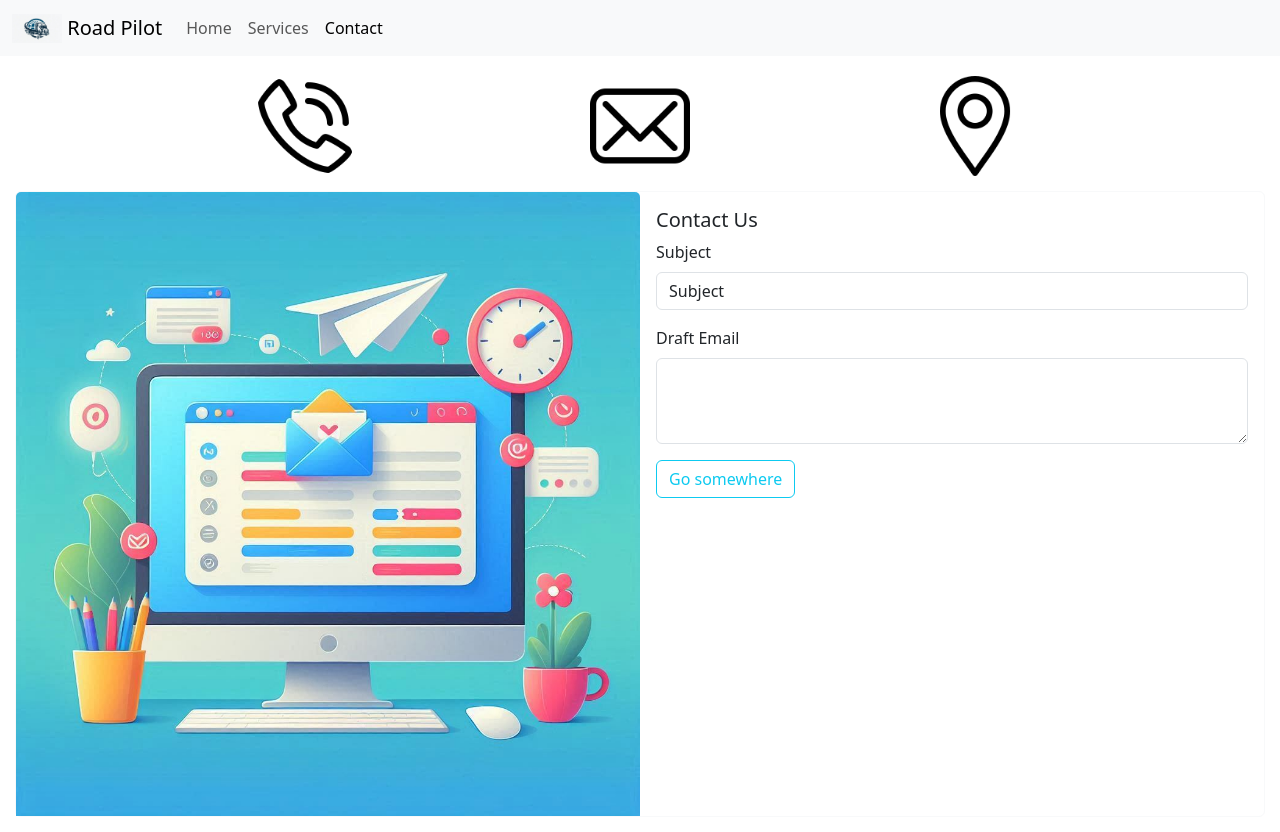
Repository: VictoriousMango/WebCreator
Page: pages/contact.html
An editor plug-in stored every save of this project. The page is shown before and after a run of saves, followed by the edit.
The browser window is 1280 px wide. The pictures show the whole page.

Above is the page before, as saved 2024-11-09 13:16:41.

After the next 4 saves:
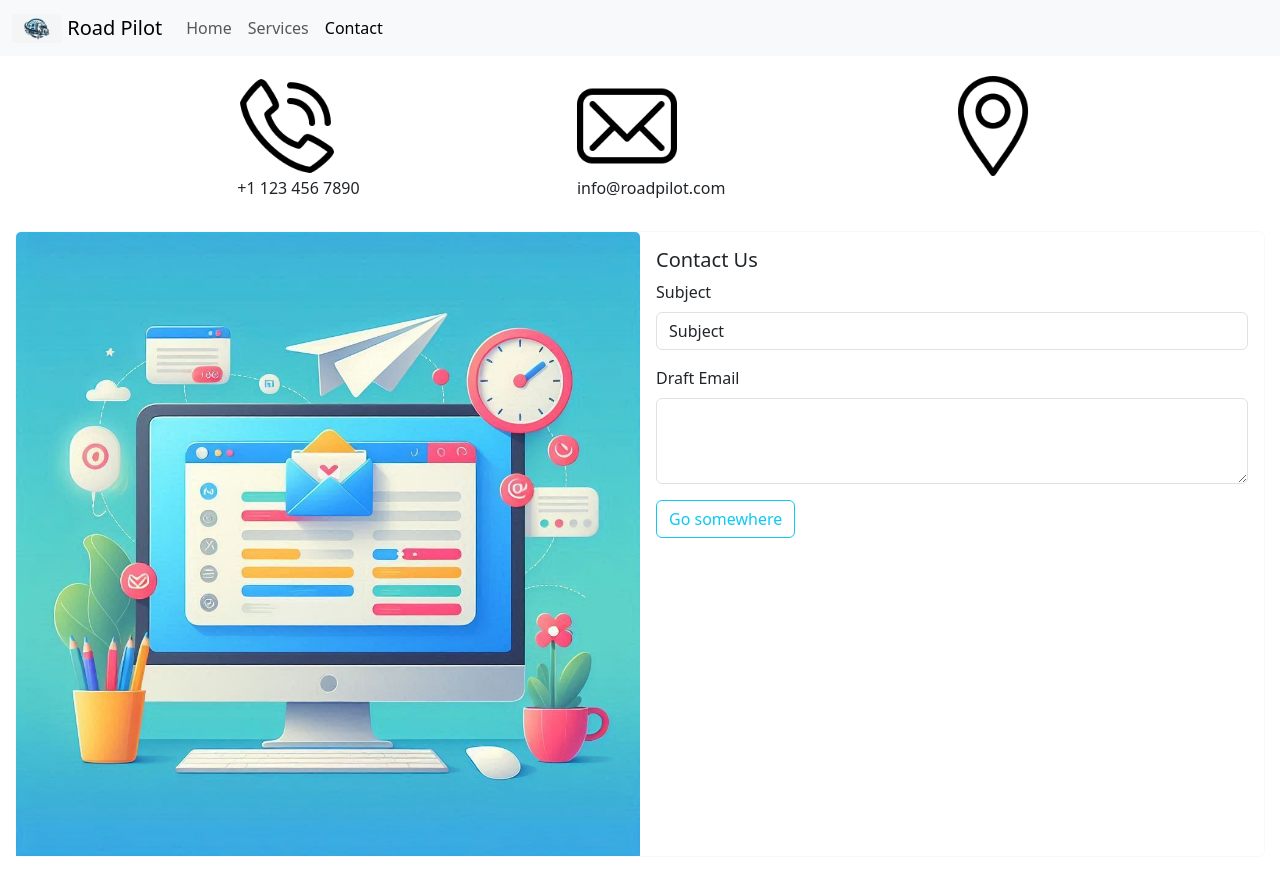
The 4 saves are shown as one change because they came seconds apart.
The last was saved 22 s later.
--- a/pages/contact.html
+++ b/pages/contact.html
@@ -46,13 +46,15 @@
             <!-- phone number -->
              <div class="contact__link">
                 <img class="contact__linksIMG" src="../assets/images/contact__phone.png" alt="">
-
+                <p class="contact__linksText">+1 123 456 7890</p>
              </div>
              <div class="contact__link">
                 <img class="contact__linksIMG" src="../assets/images/contact__email.png" alt="">
+                <p class="contact__linksText">info@roadpilot.com</p>
              </div>
              <div class="contact__link">
                 <img class="contact__linksIMG" src="../assets/images/contact__location.png" alt="">
+
              </div>
         </div>
         <!-- Dic for Sending Mails -->
